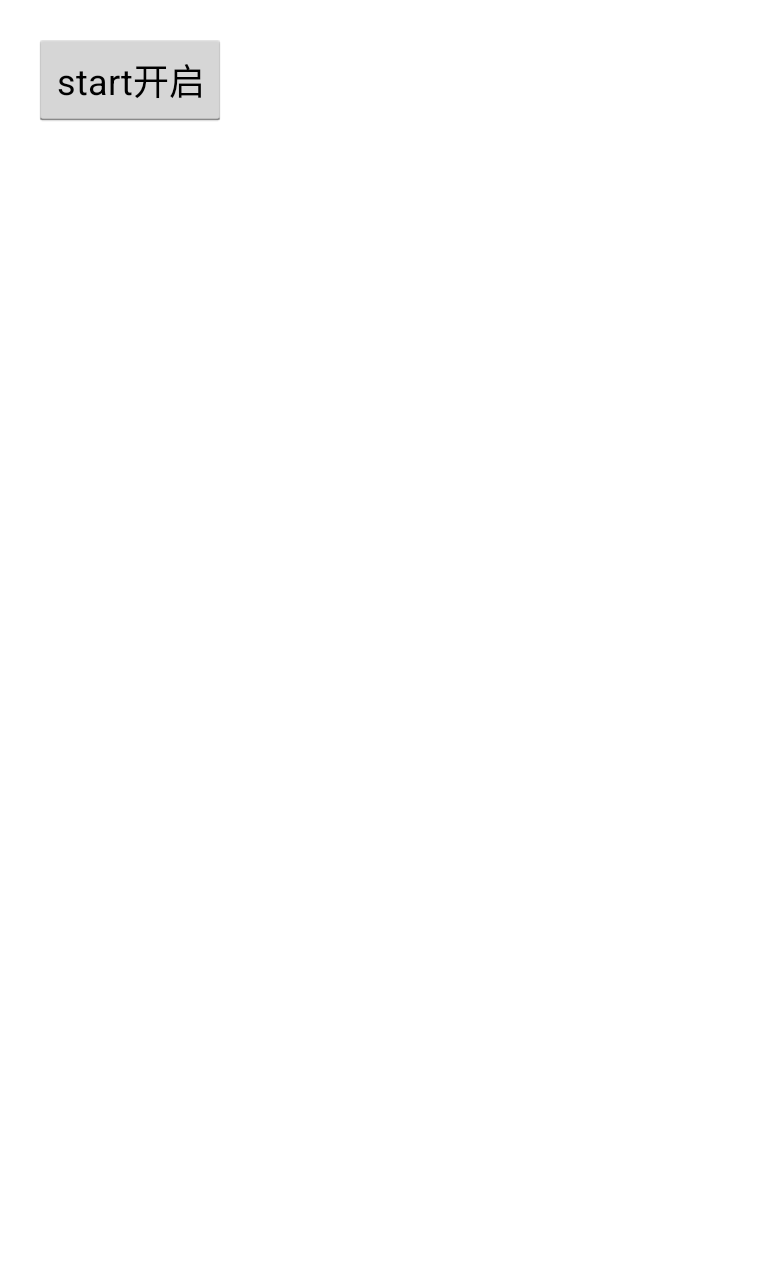
Repository: nickof/study
Layout: Android/itheima/day12服务/代码/Day12_06_混合方式开启服务/res/layout/activity_main.xml
The author's editor kept a copy of each file at every save. The layout is drawn from the files as they stood at one save, then again after the next save.
It is drawn on a 768 x 1280 px phone screen (xhdpi) without system bars, with theme AppTheme; the app's code is not run.

Above is the layout before, as saved 2016-09-20 07:22:35.

### Android/itheima/day12服务/代码/Day12_06_混合方式开启服务/res/layout/activity_main.xml
<LinearLayout xmlns:android="http://schemas.android.com/apk/res/android"
    xmlns:tools="http://schemas.android.com/tools"
    android:layout_width="match_parent"
    android:layout_height="match_parent"
    android:paddingBottom="@dimen/activity_vertical_margin"
    android:paddingLeft="@dimen/activity_horizontal_margin"
    android:paddingRight="@dimen/activity_horizontal_margin"
    android:paddingTop="@dimen/activity_vertical_margin"
    android:orientation="vertical"
    tools:context=".MainActivity" >

    <Button
        android:layout_width="wrap_content"
        android:layout_height="wrap_content"
        android:onClick="start"
        android:text="start开启" />

</LinearLayout>

Loaded but not shown: Android/itheima/day12服务/代码/Day12_06_混合方式开启服务/res/values/styles.xml (common file); Android/itheima/day12服务/代码/Day12_06_混合方式开启服务/res/values-v11/styles.xml (common file); Android/itheima/day12服务/代码/Day12_06_混合方式开启服务/res/values-v14/styles.xml (common file); Android/itheima/day12服务/代码/Day12_06_混合方式开启服务/res/values/dimens.xml (common file)

After the next save:
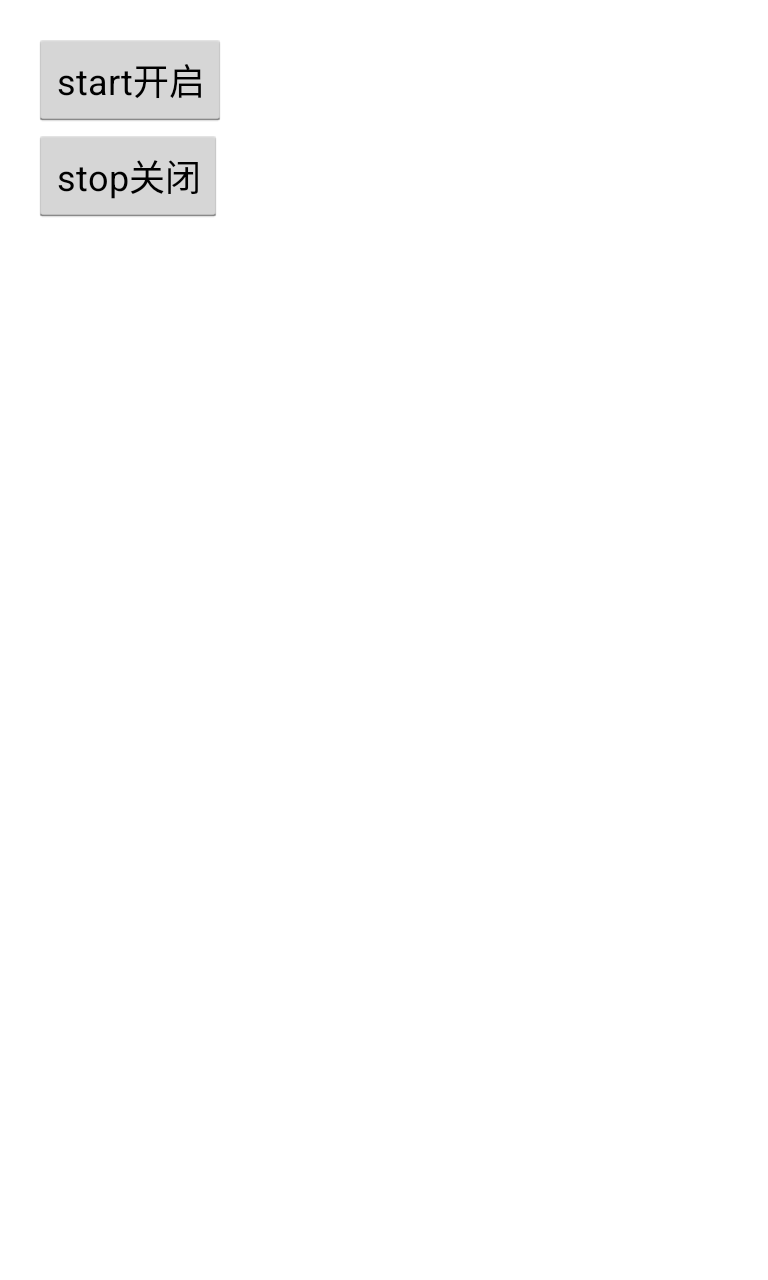
Saved 19 s later.
--- a/Android/itheima/day12服务/代码/Day12_06_混合方式开启服务/res/layout/activity_main.xml
+++ b/Android/itheima/day12服务/代码/Day12_06_混合方式开启服务/res/layout/activity_main.xml
@@ -14,5 +14,10 @@
         android:layout_height="wrap_content"
         android:onClick="start"
         android:text="start开启" />
+    <Button
+        android:layout_width="wrap_content"
+        android:layout_height="wrap_content"
+        android:onClick="stop"
+        android:text="stop关闭" />
 
 </LinearLayout>
